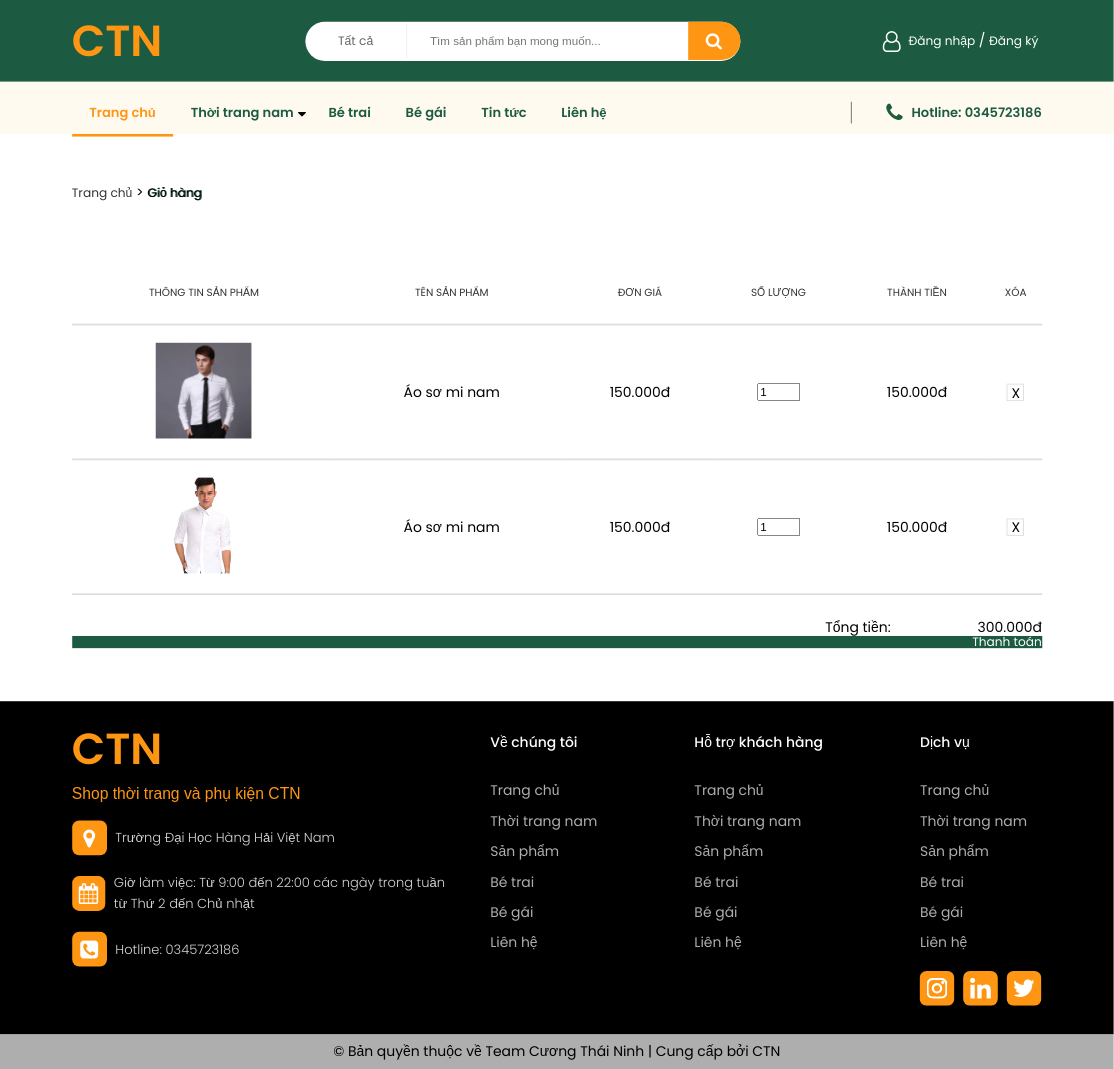
Repository: cuongchua2k2/BaiTapLon-web
Page: cart.html
The author's editor kept a copy of each file at every save. The page is drawn from the files as they stood at one save, then again after the next save.
The browser window is 1280 px wide. The pictures show the whole page, at 87% of full size.

Above is the page before, as saved 2023-12-23 11:57:39.
Console error: TypeError: Cannot read properties of null (reading 'style')

After the next save:
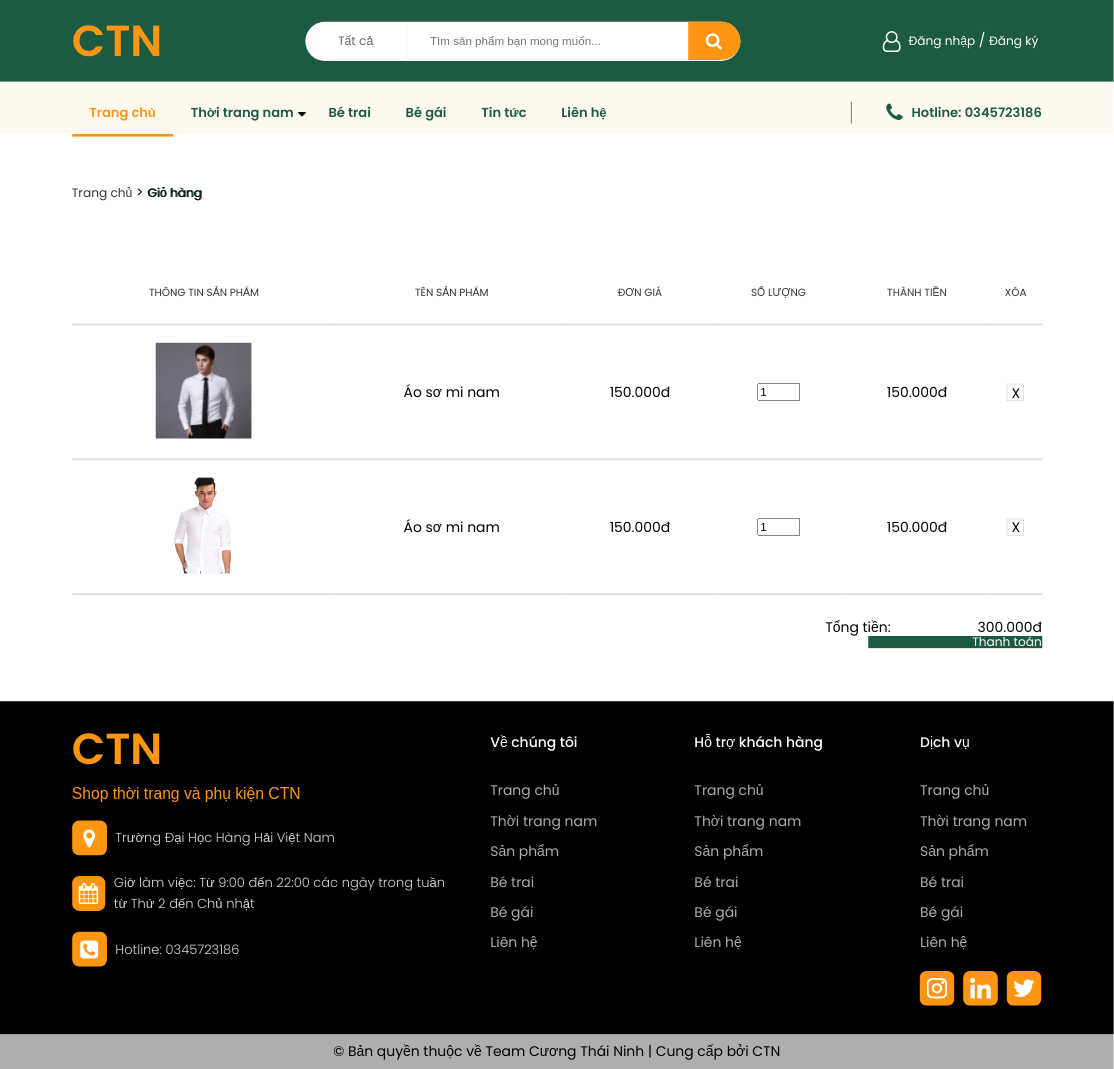
Saved 12 s later.
--- a/assets/css/style.css
+++ b/assets/css/style.css
@@ -795,5 +795,5 @@ label {
 .buy__done {
   display: inline-block;
   background-color: #1c5b41;
-  width: 100%;
-}
+  width: 200px;
+}
